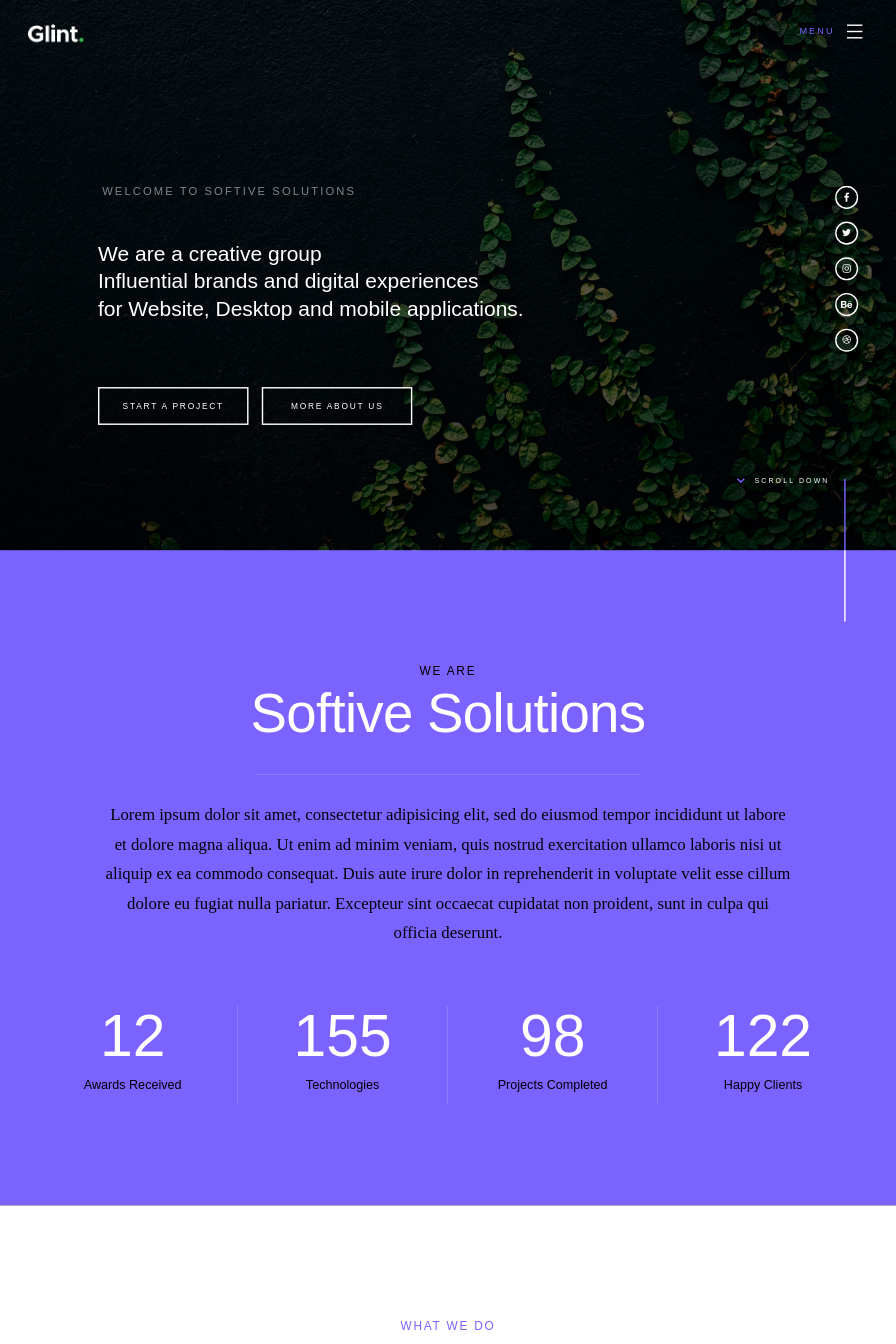
Repository: ahsankalim09/light-Agency
Page: index.html
The author's editor kept a copy of each file at every save. The page is drawn from the files as they stood at one save, then again after the next save.
The browser window is 1280 px wide. The pictures show the part of the page from y = 0 to 1920 px (the page is 8447 px tall), at 70% of full size.
Some web fonts or font styles are not loaded; a fallback is used.

Above is the page before, as saved 2020-12-27 19:25:47.

### index.html
<!DOCTYPE html>
<!--[if lt IE 9 ]><html class="no-js oldie" lang="en"> <![endif]-->
<!--[if IE 9 ]><html class="no-js oldie ie9" lang="en"> <![endif]-->
<!--[if (gte IE 9)|!(IE)]><!-->
<html class="no-js" lang="en">
<!--<![endif]-->

<!-- Mirrored from preview.colorlib.com/theme/Softive Solutions/ by HTTrack Website Copier/3.x [XR&CO'2014], Sun, 27 Dec 2020 13:01:51 GMT -->
<head>

<meta charset="utf-8">
<title>Softive Solutions</title>
<meta name="description" content="">
<meta name="author" content="">

<meta name="viewport" content="width=device-width, initial-scale=1">

<link rel="stylesheet" href="css/base.css">
<link rel="stylesheet" href="css/vendor.css">
<link rel="stylesheet" href="css/main.css">

<script src="js/modernizr.js"></script>
<script src="js/pace.min.js"></script>

<link rel="shortcut icon" href="favicon.ico" type="image/x-icon">
<link rel="icon" href="favicon.ico" type="image/x-icon">
</head>
<body id="top">

<header class="s-header">
<div class="header-logo">
<a class="site-logo" href="index-2.html">
<img src="images/logo.png" alt="Homepage">
</a>
</div>
<nav class="header-nav">
<a href="#0" class="header-nav__close" title="close"><span>Close</span></a>
<div class="header-nav__content">
<h3>Navigation</h3>
<ul class="header-nav__list">
<li class="current"><a class="smoothscroll" href="#home" title="home">Home</a></li>
<li><a class="smoothscroll" href="#about" title="about">About</a></li>
<li><a class="smoothscroll" href="#services" title="services">Services</a></li>
<li><a class="smoothscroll" href="#works" title="works">Works</a></li>
<li><a class="smoothscroll" href="#clients" title="clients">Clients</a></li>
<li><a class="smoothscroll" href="#contact" title="contact">Contact</a></li>
</ul>
<p>Perspiciatis hic praesentium nesciunt. Et neque a dolorum <a href='#0'>voluptatem</a> porro iusto sequi veritatis libero enim. Iusto id suscipit veritatis neque reprehenderit.</p>
<ul class="header-nav__social">
<li>
<a href="#"><i class="fa fa-facebook"></i></a>
</li>
<li>
<a href="#"><i class="fa fa-twitter"></i></a>
</li>
<li>
<a href="#"><i class="fa fa-instagram"></i></a>
</li>
<li>
<a href="#"><i class="fa fa-behance"></i></a>
</li>
<li>
<a href="#"><i class="fa fa-dribbble"></i></a>
</li>
</ul>
</div>
</nav>
<a class="header-menu-toggle" href="#0">
<span class="header-menu-text">Menu</span>
<span class="header-menu-icon"></span>
</a>
</header>

<section id="home" class="s-home target-section" data-parallax="scroll" data-image-src="images/hero-bg.jpg" data-natural-width=3000 data-natural-height=2000 data-position-y=center>
<div class="overlay"></div>
<div class="shadow-overlay"></div>
<div class="home-content">
<div class="row home-content__main">
<h3>Welcome to Softive Solutions</h3>
<h2 style="color: white;">
We are a creative group <br>
Influential brands and digital experiences <br>
for Website, Desktop and mobile applications.
</h2 >
<div class="home-content__buttons">
<a href="#contact" class="smoothscroll btn btn--stroke">
Start a Project
</a>
<a href="#about" class="smoothscroll btn btn--stroke">
More About Us
</a>
</div>
</div>
<div class="home-content__scroll">
<a href="#about" class="scroll-link smoothscroll">
<span>Scroll Down</span>
</a>
</div>
<div class="home-content__line"></div>
</div>
<ul class="home-social">
<li>
<a href="#0"><i class="fa fa-facebook" aria-hidden="true"></i><span>Facebook</span></a>
</li>
<li>
<a href="#0"><i class="fa fa-twitter" aria-hidden="true"></i><span>Twiiter</span></a>
</li>
<li>
<a href="#0"><i class="fa fa-instagram" aria-hidden="true"></i><span>Instagram</span></a>
</li>
<li>
<a href="#0"><i class="fa fa-behance" aria-hidden="true"></i><span>Behance</span></a>
</li>
<li>
<a href="#0"><i class="fa fa-dribbble" aria-hidden="true"></i><span>Dribbble</span></a>
</li>
</ul>

</section>

<section id='about' class="s-about">
<div class="row section-header has-bottom-sep" data-aos="fade-up">
<div class="col-full">
<h3 class="subhead subhead--dark">We Are</h3>
<h1 class="display-1 display-1--light">Softive Solutions</h1>
</div>
</div>
<div class="row about-desc" data-aos="fade-up">
<div class="col-full">
<p>
Lorem ipsum dolor sit amet, consectetur adipisicing elit, sed do eiusmod tempor incididunt ut labore et dolore magna aliqua. Ut enim ad minim veniam, quis nostrud exercitation ullamco laboris nisi ut aliquip ex ea commodo consequat. Duis aute irure dolor in reprehenderit in voluptate velit esse cillum dolore eu fugiat nulla pariatur. Excepteur sint occaecat cupidatat non proident, sunt in culpa qui officia deserunt.
</p>
</div>
</div>
<div class="row about-stats stats block-1-4 block-m-1-2 block-mob-full" data-aos="fade-up">
<div class="col-block stats__col ">
<div class="stats__count">12</div>
<h5>Awards Received</h5>
</div>
<div class="col-block stats__col">
<div class="stats__count">155</div>
<h5>Technologies</h5>
</div>
<div class="col-block stats__col">
<div class="stats__count">98</div>
<h5>Projects Completed</h5>
</div>
<div class="col-block stats__col">
<div class="stats__count">122</div>
<h5>Happy Clients</h5>
</div>
</div>
<div class="about__line"></div>
</section>

<section id='services' class="s-services">
<div class="row section-header has-bottom-sep" data-aos="fade-up">
<div class="col-full">
<h3 class="subhead">What We Do</h3>
<h1 class="display-2">We’ve got everything you need to launch and grow your business</h1>
</div>
</div>
<div class="row services-list block-1-2 block-tab-full">
<div class="col-block service-item" data-aos="fade-up">
<div class="service-icon">
<i class="icon-paint-brush"></i>
</div>
<div class="service-text">
<h3 class="h2">Brand Identity</h3>
<p>Nemo cupiditate ab quibusdam quaerat impedit magni. Earum suscipit ipsum laudantium.
Quo delectus est. Maiores voluptas ab sit natus veritatis ut. Debitis nulla cumque veritatis.
Sunt suscipit voluptas ipsa in tempora esse soluta sint.
</p>
</div>
</div>
<div class="col-block service-item" data-aos="fade-up">
<div class="service-icon">
<i class="icon-group"></i>
</div>
<div class="service-text">
<h3 class="h2">Illustration</h3>
<p>Nemo cupiditate ab quibusdam quaerat impedit magni. Earum suscipit ipsum laudantium.
Quo delectus est. Maiores voluptas ab sit natus veritatis ut. Debitis nulla cumque veritatis.
Sunt suscipit voluptas ipsa in tempora esse soluta sint.
</p>
</div>
</div>
<div class="col-block service-item" data-aos="fade-up">
<div class="service-icon">
<i class="icon-megaphone"></i>
</div>
<div class="service-text">
<h3 class="h2">Marketing</h3>
<p>Nemo cupiditate ab quibusdam quaerat impedit magni. Earum suscipit ipsum laudantium.
Quo delectus est. Maiores voluptas ab sit natus veritatis ut. Debitis nulla cumque veritatis.
Sunt suscipit voluptas ipsa in tempora esse soluta sint.
</p>
</div>
</div>
<div class="col-block service-item" data-aos="fade-up">
<div class="service-icon">
<i class="icon-earth"></i>
</div>
<div class="service-text">
<h3 class="h2">Web Design</h3>
<p>Nemo cupiditate ab quibusdam quaerat impedit magni. Earum suscipit ipsum laudantium.
Quo delectus est. Maiores voluptas ab sit natus veritatis ut. Debitis nulla cumque veritatis.
Sunt suscipit voluptas ipsa in tempora esse soluta sint.
</p>
</div>
</div>
<div class="col-block service-item" data-aos="fade-up">
<div class="service-icon">
<i class="icon-cube"></i>
</div>
<div class="service-text">
<h3 class="h2">Packaging Design</h3>
<p>Nemo cupiditate ab quibusdam quaerat impedit magni. Earum suscipit ipsum laudantium.
Quo delectus est. Maiores voluptas ab sit natus veritatis ut. Debitis nulla cumque veritatis.
Sunt suscipit voluptas ipsa in tempora esse soluta sint.
</p>
</div>
</div>
<div class="col-block service-item" data-aos="fade-up">
<div class="service-icon"><i class="icon-lego-block"></i></div>
<div class="service-text">
<h3 class="h2">Web Development</h3>
<p>Nemo cupiditate ab quibusdam quaerat impedit magni. Earum suscipit ipsum laudantium.
Quo delectus est. Maiores voluptas ab sit natus veritatis ut. Debitis nulla cumque veritatis.
Sunt suscipit voluptas ipsa in tempora esse soluta sint.
</p>
</div>
</div>
</div>
</section>

<section id='works' class="s-works">
<div class="intro-wrap">
<div class="row section-header has-bottom-sep light-sep" data-aos="fade-up">
<div class="col-full">
<h3 class="subhead">Recent Works</h3>
<h1 class="display-2 display-2--light">We love what we do, check out some of our latest works</h1>
</div>
</div>
</div>
<div class="row works-content">
<div class="col-full masonry-wrap">
<div class="masonry">
<div class="masonry__brick" data-aos="fade-up">
<div class="item-folio">
<div class="item-folio__thumb">
<a href="images/portfolio/gallery/g-shutterbug.jpg" class="thumb-link" title="Shutterbug" data-size="1050x700">
<img src="images/portfolio/lady-shutterbug.jpg" srcset="images/portfolio/lady-shutterbug.jpg 1x, images/portfolio/lady-shutterbug@2x.jpg 2x" alt="">
</a>
</div>
<div class="item-folio__text">
<h3 class="item-folio__title">
Shutterbug
</h3>
<p class="item-folio__cat">
Branding
</p>
</div>
<a href="https://www.behance.net/" class="item-folio__project-link" title="Project link">
<i class="icon-link"></i>
</a>
<div class="item-folio__caption">
<p>Vero molestiae sed aut natus excepturi. Et tempora numquam. Temporibus iusto quo.Unde dolorem corrupti neque nisi.</p>
</div>
</div>
</div>
<div class="masonry__brick" data-aos="fade-up">
<div class="item-folio">
<div class="item-folio__thumb">
<a href="images/portfolio/gallery/g-woodcraft.jpg" class="thumb-link" title="Woodcraft" data-size="1050x700">
<img src="images/portfolio/woodcraft.jpg" srcset="images/portfolio/woodcraft.jpg 1x, images/portfolio/woodcraft@2x.jpg 2x" alt="">
</a>
</div>
<div class="item-folio__text">
<h3 class="item-folio__title">
Woodcraft
</h3>
<p class="item-folio__cat">
Web Design
</p>
</div>
<a href="https://www.behance.net/" class="item-folio__project-link" title="Project link">
<i class="icon-link"></i>
</a>
<div class="item-folio__caption">
<p>Vero molestiae sed aut natus excepturi. Et tempora numquam. Temporibus iusto quo.Unde dolorem corrupti neque nisi.</p>
</div>
</div>
</div>
<div class="masonry__brick" data-aos="fade-up">
<div class="item-folio">
<div class="item-folio__thumb">
<a href="images/portfolio/gallery/g-beetle.jpg" class="thumb-link" title="The Beetle Car" data-size="1050x700">
<img src="images/portfolio/the-beetle.jpg" srcset="images/portfolio/the-beetle.jpg 1x, images/portfolio/the-beetle@2x.jpg 2x" alt="">
</a>
</div>
<div class="item-folio__text">
<h3 class="item-folio__title">
The Beetle
</h3>
<p class="item-folio__cat">
Web Development
</p>
</div>
<a href="https://www.behance.net/" class="item-folio__project-link" title="Project link">
<i class="icon-link"></i>
</a>
<div class="item-folio__caption">
<p>Vero molestiae sed aut natus excepturi. Et tempora numquam. Temporibus iusto quo.Unde dolorem corrupti neque nisi.</p>
</div>
</div>
</div>
<div class="masonry__brick" data-aos="fade-up">
<div class="item-folio">
<div class="item-folio__thumb">
<a href="images/portfolio/gallery/g-grow-green.jpg" class="thumb-link" title="Grow Green" data-size="1050x700">
<img src="images/portfolio/grow-green.jpg" srcset="images/portfolio/grow-green.jpg 1x, images/portfolio/grow-green@2x.jpg 2x" alt="">
</a>
</div>
<div class="item-folio__text">
<h3 class="item-folio__title">
Grow Green
</h3>
<p class="item-folio__cat">
Branding
</p>
</div>
<a href="https://www.behance.net/" class="item-folio__project-link" title="Project link">
<i class="icon-link"></i>
</a>
<div class="item-folio__caption">
<p>Vero molestiae sed aut natus excepturi. Et tempora numquam. Temporibus iusto quo.Unde dolorem corrupti neque nisi.</p>
</div>
</div>
</div>
<div class="masonry__brick" data-aos="fade-up">
<div class="item-folio">
<div class="item-folio__thumb">
<a href="images/portfolio/gallery/g-guitarist.jpg" class="thumb-link" title="Guitarist" data-size="1050x700">
<img src="images/portfolio/guitarist.jpg" srcset="images/portfolio/guitarist.jpg 1x, images/portfolio/guitarist@2x.jpg 2x" alt="">
</a>
</div>
<div class="item-folio__text">
<h3 class="item-folio__title">
Guitarist
</h3>
<p class="item-folio__cat">
Web Design
</p>
</div>
<a href="https://www.behance.net/" class="item-folio__project-link" title="Project link">
<i class="icon-link"></i>
</a>
<div class="item-folio__caption">
<p>Vero molestiae sed aut natus excepturi. Et tempora numquam. Temporibus iusto quo.Unde dolorem corrupti neque nisi.</p>
</div>
</div>
</div>
<div class="masonry__brick" data-aos="fade-up">
<div class="item-folio">
<div class="item-folio__thumb">
<a href="images/portfolio/gallery/g-palmeira.jpg" class="thumb-link" title="Palmeira" data-size="1050x700">
<img src="images/portfolio/palmeira.jpg" srcset="images/portfolio/palmeira.jpg 1x, images/portfolio/palmeira@2x.jpg 2x" alt="">
 </a>
</div>
<div class="item-folio__text">
<h3 class="item-folio__title">
Palmeira
</h3>
<p class="item-folio__cat">
Web Design
</p>
</div>
<a href="https://www.behance.net/" class="item-folio__project-link" title="Project link">
<i class="icon-link"></i>
</a>
<div class="item-folio__caption">
<p>Vero molestiae sed aut natus excepturi. Et tempora numquam. Temporibus iusto quo.Unde dolorem corrupti neque nisi.</p>
</div>
</div>
</div>
</div>
</div>
</div>
</section>

<section id="clients" class="s-clients">
<div class="row section-header" data-aos="fade-up">
<div class="col-full">
<h3 class="subhead">Our Clients</h3>
<h1 class="display-2">Softive Solutions has been honored to
partner up with these clients</h1>
</div>
</div>
<div class="row clients-outer" data-aos="fade-up">
<div class="col-full">
<div class="clients">
<a href="#0" title="" class="clients__slide"><img src="images/clients/apple.png" /></a>
<a href="#0" title="" class="clients__slide"><img src="images/clients/atom.png" /></a>
<a href="#0" title="" class="clients__slide"><img src="images/clients/blackberry.png" /></a>
<a href="#0" title="" class="clients__slide"><img src="images/clients/dropbox.png" /></a>
<a href="#0" title="" class="clients__slide"><img src="images/clients/envato.png" /></a>
<a href="#0" title="" class="clients__slide"><img src="images/clients/firefox.png" /></a>
<a href="#0" title="" class="clients__slide"><img src="images/clients/joomla.png" /></a>
<a href="#0" title="" class="clients__slide"><img src="images/clients/magento.png" /></a>
</div>
</div>
</div>
<div class="row clients-testimonials" data-aos="fade-up">
<div class="col-full">
<div class="testimonials">
<div class="testimonials__slide">
<p>Qui ipsam temporibus quisquam vel. Maiores eos cumque distinctio nam accusantium ipsum.
Laudantium quia consequatur molestias delectus culpa facere hic dolores aperiam. Accusantium quos qui praesentium corpori.
Excepturi nam cupiditate culpa doloremque deleniti repellat.</p>
<img src="images/avatars/user-01.jpg" alt="Author image" class="testimonials__avatar">
<div class="testimonials__info">
<span class="testimonials__name">Tim Cook</span>
<span class="testimonials__pos">CEO, Apple</span>
</div>
</div>
<div class="testimonials__slide">
<p>Excepturi nam cupiditate culpa doloremque deleniti repellat. Veniam quos repellat voluptas animi adipisci.
Nisi eaque consequatur. Quasi voluptas eius distinctio. Atque eos maxime. Qui ipsam temporibus quisquam vel.</p>
<img src="images/avatars/user-05.jpg" alt="Author image" class="testimonials__avatar">
<div class="testimonials__info">
<span class="testimonials__name">Sundar Pichai</span>
<span class="testimonials__pos">CEO, Google</span>
</div>
</div>
<div class="testimonials__slide">
<p>Repellat dignissimos libero. Qui sed at corrupti expedita voluptas odit. Nihil ea quia nesciunt. Ducimus aut sed ipsam.
Autem eaque officia cum exercitationem sunt voluptatum accusamus. Quasi voluptas eius distinctio.</p>
<img src="images/avatars/user-02.jpg" alt="Author image" class="testimonials__avatar">
<div class="testimonials__info">
<span class="testimonials__name">Satya Nadella</span>
<span class="testimonials__pos">CEO, Microsoft</span>
</div>
</div>
</div>
</div>
</div>
</section>

<section id="contact" class="s-contact">
<div class="overlay"></div>
<div class="contact__line"></div>
<div class="row section-header" data-aos="fade-up">
<div class="col-full">
<h3 class="subhead">Contact Us</h3>
<h1 class="display-2 display-2--light">Reach out for a new project or just say hello</h1>
</div>
</div>
<div class="row contact-content" data-aos="fade-up">
<div class="contact-primary">
<h3 class="h6">Send Us A Message</h3>
<form name="contactForm" id="contactForm" method="post" action="#" novalidate="novalidate">
<fieldset>
<div class="form-field">
<input name="contactName" type="text" id="contactName" placeholder="Your Name" value="" minlength="2" required="" aria-required="true" class="full-width">
</div>
<div class="form-field">
<input name="contactEmail" type="email" id="contactEmail" placeholder="Your Email" value="" required="" aria-required="true" class="full-width">
</div>
<div class="form-field">
<input name="contactSubject" type="text" id="contactSubject" placeholder="Subject" value="" class="full-width">
</div>
<div class="form-field">
<textarea name="contactMessage" id="contactMessage" placeholder="Your Message" rows="10" cols="50" required="" aria-required="true" class="full-width"></textarea>
</div>
<div class="form-field">
<button class="full-width btn--primary">Submit</button>
<div class="submit-loader">
<div class="text-loader">Sending...</div>
<div class="s-loader">
<div class="bounce1"></div>
<div class="bounce2"></div>
<div class="bounce3"></div>
</div>
</div>
</div>
</fieldset>
</form>

<div class="message-warning">
Something went wrong. Please try again.
</div>

 <div class="message-success">
Your message was sent, thank you!<br>
</div>
</div>
<div class="contact-secondary">
<div class="contact-info">
<h3 class="h6 hide-on-fullwidth">Contact Info</h3>
<div class="cinfo">
<h5>Where to Find Us</h5>
<p>
1600 Amphitheatre Parkway<br>
Mountain View, CA<br>
94043 US
</p>
</div>
<div class="cinfo">
<h5>Email Us At</h5>
<p>
<a href="https://preview.colorlib.com/cdn-cgi/l/email-protection" class="__cf_email__" data-cfemail="15767a7b617476615572797c7b61667c61703b767a78">[email&#160;protected]</a><br>
<a href="https://preview.colorlib.com/cdn-cgi/l/email-protection" class="__cf_email__" data-cfemail="4e272028210e292227203a3d273a2b602d2123">[email&#160;protected]</a>
</p>
</div>
<div class="cinfo">
<h5>Call Us At</h5>
<p>
Phone: (+63) 555 1212<br>
Mobile: (+63) 555 0100<br>
Fax: (+63) 555 0101
</p>
</div>
<ul class="contact-social">
<li>
<a href="#"><i class="fa fa-facebook" aria-hidden="true"></i></a>
</li>
<li>
<a href="#"><i class="fa fa-twitter" aria-hidden="true"></i></a>
</li>
<li>
<a href="#"><i class="fa fa-instagram" aria-hidden="true"></i></a>
</li>
<li>
<a href="#"><i class="fa fa-behance" aria-hidden="true"></i></a>
</li>
<li>
<a href="#"><i class="fa fa-dribbble" aria-hidden="true"></i></a>
</li>
</ul>
</div>
</div>
</div>
</section>

<footer>
<div class="row footer-main">
<div class="col-six tab-full left footer-desc">
<div class="footer-logo"></div>
Proin eget tortor risus. Mauris blandit aliquet elit, eget tincidunt nibh pulvinar a. Praesent sapien massa, convallis a pellentesque nec, egestas non nisi. Mauris blandit aliquet elit, eget tincidunt nibh pulvinar a. Nulla porttitor accumsan tincidunt. Nulla porttitor accumsan tincidunt. Quaerat voluptas autem necessitatibus vitae aut.
</div>
<div class="col-six tab-full right footer-subscribe">
<h4>Get Notified</h4>
<p>Quia quo qui sed odit. Quaerat voluptas autem necessitatibus vitae aut non alias sed quia. Ut itaque enim optio ut excepturi deserunt iusto porro.</p>
<div class="subscribe-form">
<form id="mc-form" class="group" novalidate="true">
<input type="email" value="" name="EMAIL" class="email" id="mc-email" placeholder="Email Address" required="">
<input type="submit" name="subscribe" value="Subscribe">
<label for="mc-email" class="subscribe-message"></label>
</form>
</div>
</div>
</div>
<div class="row footer-bottom">
<div class="col-twelve">
<div class="copyright">
<span>© Copyright Softive Solutions 2021</span>
</div>
<div class="go-top">
<a class="smoothscroll" title="Back to Top" href="#top"><i class="icon-arrow-up" aria-hidden="true"></i></a>
</div>
</div>
</div>
</footer>

<div aria-hidden="true" class="pswp" role="dialog" tabindex="-1">
<div class="pswp__bg"></div>
<div class="pswp__scroll-wrap">
<div class="pswp__container">
<div class="pswp__item"></div>
<div class="pswp__item"></div>
<div class="pswp__item"></div>
</div>
<div class="pswp__ui pswp__ui--hidden">
<div class="pswp__top-bar">
<div class="pswp__counter"></div><button class="pswp__button pswp__button--close" title="Close (Esc)"></button> <button class="pswp__button pswp__button--share" title="Share"></button> <button class="pswp__button pswp__button--fs" title="Toggle fullscreen"></button> <button class="pswp__button pswp__button--zoom" title="Zoom in/out"></button>
<div class="pswp__preloader">
<div class="pswp__preloader__icn">
<div class="pswp__preloader__cut">
<div class="pswp__preloader__donut"></div>
</div>
</div>
</div>
</div>
<div class="pswp__share-modal pswp__share-modal--hidden pswp__single-tap">
<div class="pswp__share-tooltip"></div>
</div><button class="pswp__button pswp__button--arrow--left" title="Previous (arrow left)"></button> <button class="pswp__button pswp__button--arrow--right" title="Next (arrow right)"></button>
<div class="pswp__caption">
<div class="pswp__caption__center"></div>
</div>
</div>
</div>
</div>

<div id="preloader">
<div id="loader">
<div class="line-scale-pulse-out">
<div></div>
<div></div>
<div></div>
<div></div>
<div></div>
</div>
</div>
</div>

<script data-cfasync="false" src="../../cdn-cgi/scripts/5c5dd728/cloudflare-static/email-decode.min.js"></script><script src="js/jquery-3.2.1.min.js"></script>
<script src="js/plugins.js"></script>
<script src="js/main.js"></script>
</body>

<!-- Mirrored from preview.colorlib.com/theme/Softive Solutions/ by HTTrack Website Copier/3.x [XR&CO'2014], Sun, 27 Dec 2020 13:02:02 GMT -->
</html>

Loaded but not shown: css/base.css (library); css/vendor.css (library); js/modernizr.js (library); js/pace.min.js (library); css/font-awesome/css/font-awesome.min.css (library); css/micons/micons.css (library); js/jquery-3.2.1.min.js (library); js/plugins.js (library); js/main.js (library); css/main.css (2964 lines, source omitted)

After the next save:
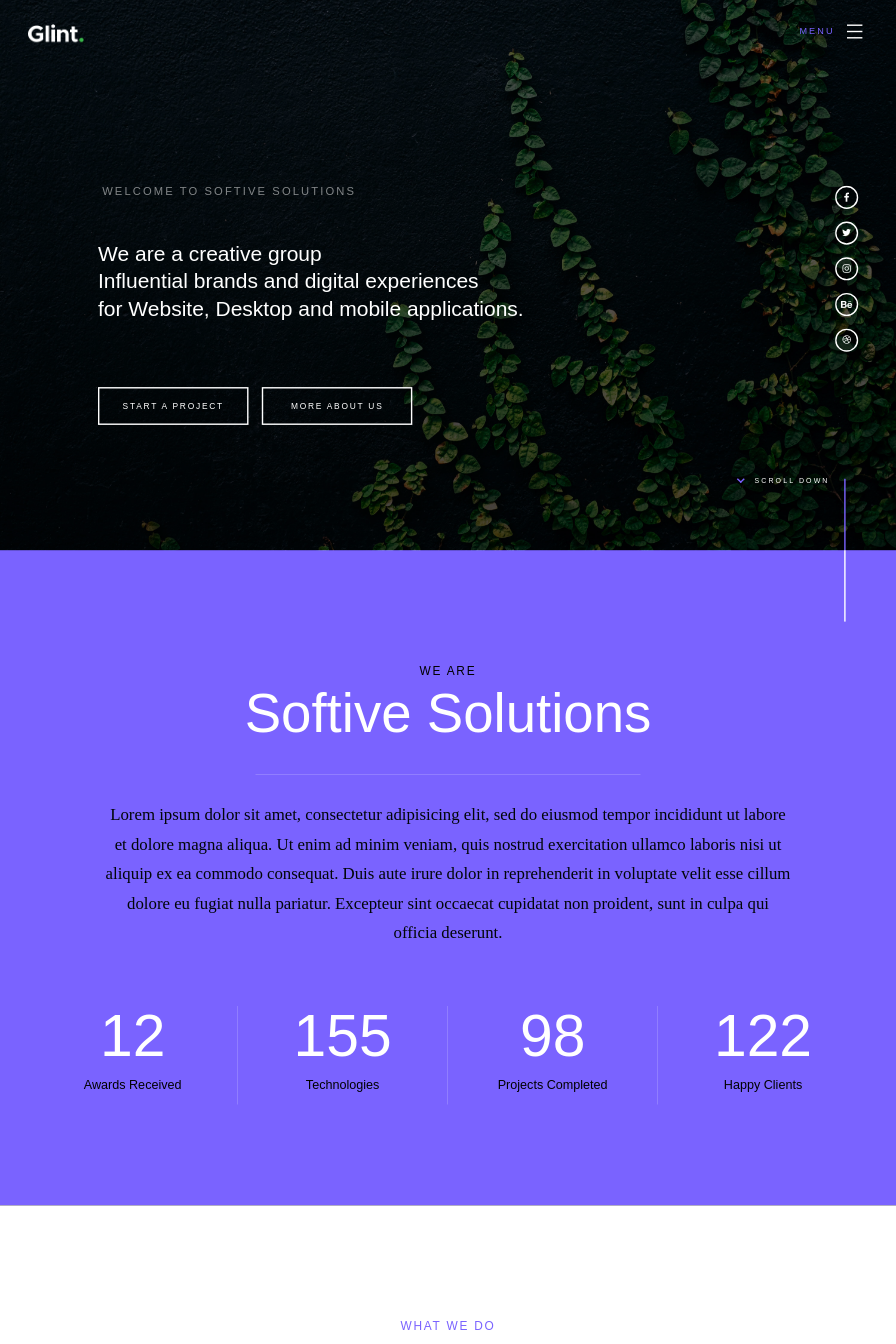
Saved 2 min 22 s later.
--- a/index.html
+++ b/index.html
@@ -122,7 +122,7 @@ More About Us
 <div class="row section-header has-bottom-sep" data-aos="fade-up">
 <div class="col-full">
 <h3 class="subhead subhead--dark">We Are</h3>
-<h1 class="display-1 display-1--light">Softive Solutions</h1>
+<h2 class="display-1 display-1--light">Softive Solutions</h2>
 </div>
 </div>
 <div class="row about-desc" data-aos="fade-up">
